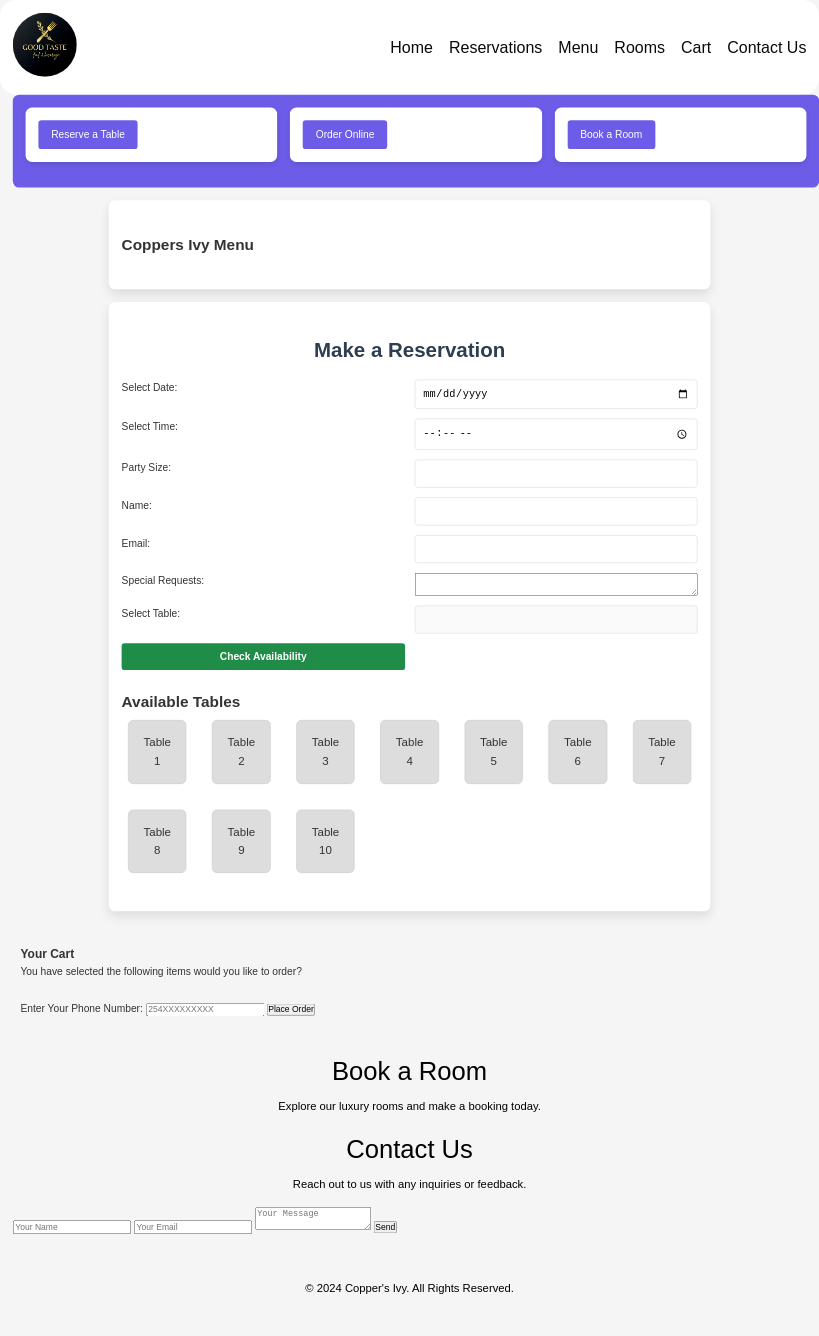
Repository: malingubarnice/Online-Reservation-System
Page: index.html
The author's editor kept a copy of each file at every save. The page is drawn from the files as they stood at one save, then again after the next save.
The browser window is 1280 px wide. The pictures show the whole page, at 64% of full size.

Above is the page before, as saved 2025-02-07 18:32:00.

### index.html
<!DOCTYPE html>
<html lang="en">
<head>
  <meta charset="UTF-8">
  <meta name="viewport" content="width=device-width, initial-scale=1.0">
  <title>Copper's Ivy Integrated Suite</title>
  <link rel="stylesheet" href="styles.css">
</head>



<body>
  <!-- Navigation Bar -->
  <header>
    <div class="logo">
      <img src="assets/logo.jpg" alt="Copper Ivy Logo">
    </div>
    <nav class="navbar">
      <ul>
        <li><a href="#home">Home</a></li>
        <li><a href="#reservations">Reservations</a></li>
        <li><a href="#menu">Menu</a></li>
        <li><a href="#rooms">Rooms</a></li>
        <li><a href="#cart">Cart</a></li>
        <li><a href="#contact">Contact Us</a></li>
      </ul>
    </nav>
  </header>



  <!-- Features Section -->
  <section class="features">
    <div class="feature">
      <a href="#reservations" class="btn">Reserve a Table</a>
    </div>
    <div class="feature">
      <a href="#menu" class="btn">Order Online</a>
    </div>
    <div class="feature">
      <a href="#rooms" class="btn">Book a Room</a>
    </div>
  </section>

  <!-- Menu Section -->
  <section id="menu">
    <h1>Coppers Ivy Menu</h1>
    <div class="menu-items">
      <!-- Menu items dynamically loaded -->
    </div>
  </section>








  <!-- Reservations Section -->
<section id="reservations">
    <h1>Make a Reservation</h1>
    <div class="reservation-form">
        <label for="date">Select Date:</label>
        <input type="date" id="date" required>

        <label for="time">Select Time:</label>
        <input type="time" id="time" required>

        <label for="party-size">Party Size:</label>
        <input type="number" id="party-size" min="1" max="20" required>

        <!-- New fields for contact info and special requests -->
        <label for="customer-name">Name:</label>
        <input type="text" id="customer-name" required>

        <label for="contact-info">Email:</label>
        <input type="text" id="contact-info" required>

        <label for="special-requests">Special Requests:</label>
        <textarea id="special-requests"></textarea>

        <!-- New field to show selected table -->
        <label for="selected-table">Select Table:</label>
        <input type="text" id="selected-table" disabled> <!-- Hidden field to store the selected table -->

        <button class="reserve-btn">Check Availability</button>
    </div>

    <!-- Table Layout Section -->
    <div class="table-layout">
        <h2>Available Tables</h2>
        <div class="tables">
            <!-- Table icons dynamically loaded -->
        </div>
    </div>
</section>




    <!-- Order Section -->
    <section id="order-online">
        <!-- Menu Items -->
        <div class="menu-items">
            <!-- Menu items dynamically loaded from the backend -->
        </div>


  <!-- Cart Section -->
    <section id="cart">
      <h1>Your Cart</h1>
      <p>You have selected the following items would you like to order?</p>
      <div class="cart-items">
        <!-- Cart items dynamically loaded -->
      </div>
  </section>
        <!-- Order Form -->
        <div class="order-form">
            <div class="order-list">
                <!-- Dynamically added ordered items will appear here -->
            </div>

            <!-- Phone number input (used for STK Push) -->
            <label for="phone">Enter Your Phone Number:</label>
            <input type="text" id="phone" placeholder="254XXXXXXXXX">
            <button class="place-order-btn">Place Order</button>
        </div>
    </section>




<!-- Rooms Section -->
<section id="rooms">
  <h1>Book a Room</h1>
  <p>Explore our luxury rooms and make a booking today.</p>

  <div class="room-list">
    <!-- Room cards dynamically loaded -->
  </div>

  <!--A Booking Form-->
<!-- Booking form (initially hidden) -->

<div class="booking-form hidden">
  <form id="room-booking-form">
      <input type="hidden" id="room_id" name="room_id">  <!-- Hidden input for room ID -->
      <label for="room-selection">Room</label>
      <input type="text" id="room-selection" name="room_name" readonly>

      <label for="check-in-date">Check-in Date</label>
      <input type="date" id="check-in-date" name="check_in_date" required>

      <label for="check-out-date">Check-out Date</label>
      <input type="date" id="check-out-date" name="check_out_date" required>

      <label for="guest-count">Number of Guests</label>
      <input type="number" id="guest-count" name="guest_count" min="1" required>

      <label for="contact-info">Contact Information</label>
      <input type="text" id="contact-info" name="contact-info" placeholder="Enter your contact info" required>

      <p id="price"></p>

      <button type="submit">Book Room</button>
  </form>
</div>






  <!-- Contact Section -->
  <section id="contact">
    <h1>Contact Us</h1>
    <p>Reach out to us with any inquiries or feedback.</p>
    <form action="https://formsubmit.co/abe6aa3a3e17f53c98754b49282f4908" method="POST" class="contact-form" >
      <input type="text" name="name" placeholder="Your Name" required>
      <input type="email" name="email" placeholder="Your Email" required>
      <textarea name="message" placeholder="Your Message" required></textarea>
      <button type="submit">Send</button>
  </form>

  </section>

  <!-- Footer -->
  <footer>
    <p>&copy; 2024 Copper's Ivy. All Rights Reserved.</p>
  </footer>


  <script src="https://cdn.botpress.cloud/webchat/v2.2/inject.js"></script>
  <script src="https://files.bpcontent.cloud/2024/12/05/06/20241205062412-612LYK8G.js"></script>

  <!-- External JavaScript -->
  <script src="https://code.jquery.com/jquery-3.6.0.min.js"></script>
  <script>
    $(document).ready(function() {
      $(".place-order-btn").click(function() {
        // Get the phone number from the input field
        var phone = $("#phone").val();

        // Validate the phone number input
        if (!phone || phone.length !== 12 || !phone.startsWith('254')) {
          alert("Please enter a valid phone number starting with '254'.");
          return;
        }

        var amount = 1;  // Amount to be charged (1 shilling for your project)

        // Send AJAX request to PHP for triggering STK Push
        $.ajax({
          url: 'stkpush.php',  // PHP file that processes STK Push
          type: 'POST',
          data: {
            phone: phone,
            amount: amount
          },
          success: function(response) {
            alert("STK Push initiated! Response: " + response);
          },
          error: function() {
            alert("Error initiating STK Push.");
          }
        });
      });
    });
  </script>




  <script src="script.js"></script>
</body>
</html>

### styles.css
/* General Reset */
body, h1, h2, p, ul, li, a, button {
    margin: 0;
    padding: 0;
    box-sizing: border-box;
}

/* Body and Layout */
body {
    font-family: 'Arial', sans-serif;
    line-height: 1.6;
    background-color: #f5f5f5;
    color: #333;
}

/* Header */
header {
    display: flex;
    justify-content: space-between;
    align-items: center;
    padding: 20px;
    background: white;
    color: #fff;
    border-bottom: 2px solid #c4ccd4;
    border-radius: 26px;
    border-style: none;
}

header .logo img {
    height: 100px;
    border-radius: 50px;
}

header nav ul {
    display: flex;
    list-style: none;
}

header nav ul li {
    margin-left: 25px;
}

header nav ul li a {
    color: rgb(10, 10, 10);
    text-decoration: none;
    font-size: 25px;
    font-weight: 500;
    transition: color 0.3s;
}

header nav ul li a:hover {
    color: #eb2630;
}

/* Hero Section */
.hero {
    background-color: #fff;
    text-align: center;
    padding: 100px 20px;
    color: #da0606;
    font-size: 28px;
}

.hero h1 {
    font-size: 36px;
    margin-bottom: 15px;
}

.hero p {
    font-size: 20px;
    margin-bottom: 20px;
}

.hero .btn {
    padding: 12px 30px;
    background-color: #1f8c47;
    color: #fff;
    text-decoration: none;
    font-weight: bold;
    border-radius: 5px;
    transition: background-color 0.3s;
}

.hero .btn:hover {
    background-color: #07e262;
}


/* Container for Features Section */
.features {
    display: flex;
    justify-content: flex-start;
    align-items: flex-start;
    flex-direction: row;  /* This will place the features next to each other */
    gap: 20px;  /* Adds space between each feature box */
    margin-left: 20px;  /* Adjust the space from the left */
    background-color: #6c5ce7;  /* Greenish background */
    padding: 20px;
    border-radius: 10px;
  }

  /* Individual Feature Box */
  .feature {
    background-color: #fff;
    padding: 20px;
    margin-bottom: 20px;
    box-shadow: 0 4px 8px rgba(0, 0, 0, 0.1);
    border-radius: 10px;
    flex: 1;  /* Makes each feature box take equal width */
  }

  /* Feature Header */
  .feature h2 {
    font-size: 22px;
    margin-bottom: 10px;
  }

  /* Feature Description */
  .feature p {
    font-size: 16px;
    color: #555;
  }

  /* Optional: Adjusting feature links */
  .feature a {
    display: inline-block;
    background-color: #6c5ce7;
    color: white;
    padding: 10px 20px;
    border-radius: 5px;
    text-decoration: none;
    transition: background-color 0.3s;
  }

  .feature a:hover {
    background-color: #4834d4;
  }



/* Reservations Section */
#reservations {
    padding: 50px 20px;
    background: #fff;
    margin: 20px auto;
    max-width: 900px;
    box-shadow: 0 8px 16px rgba(0, 0, 0, 0.1);
    border-radius: 10px;
}

#reservations h1 {
    font-size: 32px;
    margin-bottom: 20px;
    text-align: center;
    color: #2c3e50;
}

.reservation-form {
    display: grid;
    grid-template-columns: 1fr 1fr;
    gap: 15px;
    margin-bottom: 30px;
}

.reservation-form label {
    font-size: 16px;
    color: #333;
}

.reservation-form input, .reserve-btn {
    padding: 12px;
    border: 1px solid #ddd;
    border-radius: 5px;
    font-size: 16px;
    transition: border-color 0.3s;
}

.reservation-form input:focus {
    border-color: #27ae60;
}

.reserve-btn {
    background-color: #1f8c47;
    color: #fff;
    font-weight: bold;
    cursor: pointer;
    border: none;
    transition: background-color 0.3s;
}

.reserve-btn:hover {
    background-color: #07e262;
}

/* Table Layout */
.table-layout {
    margin-top: 20px;
}

.tables {
    display: grid;
    grid-template-columns: repeat(auto-fill, minmax(100px, 1fr));
    gap: 20px;
}

.tables .table {
    background-color: #ddd;
    padding: 20px;
    text-align: center;
    font-size: 18px;
    border-radius: 8px;
    cursor: pointer;
    transition: transform 0.3s, background-color 0.3s;
}

.tables .table:hover {
    transform: scale(1.1);
    background-color: #27ae60;
    color: #fff;
}



/* Menu Section */
#menu {
    padding: 50px 20px;
    background: #fff;
    margin: 20px auto;
    max-width: 900px;
    box-shadow: 0 8px 16px rgba(0, 0, 0, 0.1);
    border-radius: 10px;
}

.menu-items {
    display: grid;
    grid-template-columns: repeat(auto-fill, minmax(250px, 1fr));
    gap: 20px;
}

.menu-items .menu-item {
    background: #f4f4f4;
    padding: 20px;
    border-radius: 8px;
    box-shadow: 0 4px 8px rgba(0, 0, 0, 0.1);
    text-align: center;
    transition: transform 0.3s;
}

.menu-items .menu-item:hover {
    transform: scale(1.05);
    box-shadow: 0 8px 16px rgba(0, 0, 0, 0.2);
}

.menu-items img {
    max-width: 100%;
    border-radius: 5px;
}

/* Targeting buttons inside the #menu section */
#menu button {
    width: 100%;
    padding: 12px;
    background: #1f8c47;
    color: white;
    font-size: 16px;
    border: none;
    border-radius: 8px;
    cursor: pointer;
    transition: 0.3s;
}

#menu button:hover {
    background: #27ae60;
}


/* Footer */
footer {
    text-align: center;
    padding: 20px;
    background-color: whitesmoke;
    color: #fff;
    margin-top: 50px;
}

/* Responsive Design */
@media (max-width: 768px) {
    .features {
        flex-direction: column;
        align-items: center;
    }

    .feature {
        width: 100%;
        margin-bottom: 30px;
    }

    .reservation-form {
        grid-template-columns: 1fr;
    }

    .tables {
        grid-template-columns: 1fr 1fr;
    }

    .menu-items {
        grid-template-columns: 1fr 1fr;
    }
}

@media (max-width: 480px) {
    header {
        flex-direction: column;
        align-items: flex-start;
    }

    header nav ul {
        flex-direction: column;
        gap: 10px;
    }

    .hero h1 {
        font-size: 28px;
    }

    .hero p {
        font-size: 18px;
    }
}

/* Style for available tables */
.table {
    padding: 10px;
    margin: 10px;
    border: 1px solid #ccc;
    cursor: pointer;
    display: inline-block;
}

/* Highlight the selected table */
.table.selected {
    background-color: #4CAF50; /* Green background */
    color: white;
    border: 2px solid #fff;
}

/*stying order online section*/
#order-online {
    padding: 2rem;
}

.menu-item {
    border: 1px solid #ddd;
    margin: 1rem;
    padding: 1rem;
    text-align: center;
}
.order-form {
    margin-top: 2rem;
}
.order-total {
    font-weight: bold;
    margin-top: 1rem;
}


/*styling rooms*/
/* General styling for the Rooms Section */
#rooms {
    font-family: Arial, sans-serif;
    padding: 20px;
    background-color: #f5f5f5;
}

#rooms h1 {
    text-align: center;
    color: #333;
    font-size: 2.5rem;
    margin-bottom: 10px;
}

#rooms p {
    text-align: center;
    font-size: 1.1rem;
    color: #666;
    margin-bottom: 20px;
}

/* Room Listings */
.room-listings {
    display: grid;
    grid-template-columns: repeat(auto-fill, minmax(250px, 1fr));
    gap: 20px;
    margin-bottom: 30px;
}

.room-card {
    background-color: white;
    border-radius: 8px;
    box-shadow: 0 4px 6px rgba(0, 0, 0, 0.1);
    padding: 15px;
    text-align: center;
    transition: transform 0.3s ease-in-out;
}

.room-card:hover {
    transform: translateY(-5px);
}

.room-card img {
    width: 100%;
    height: 180px;
    object-fit: cover;
    border-radius: 8px;
}

.room-card h3 {
    font-size: 1.5rem;
    color: #333;
    margin: 15px 0;
}

.room-card p {
    font-size: 1.1rem;
    color: #777;
}

.room-card .price {
    font-size: 1.2rem;
    font-weight: bold;
    color: #1f8c47;
    margin-top: 10px;
}

.room-card button {
    background-color: #1f8c47;
    color: white;
    padding: 10px 15px;
    font-size: 1rem;
    border: none;
    border-radius: 5px;
    cursor: pointer;
    transition: background-color 0.3s;
}

.room-card button:hover {
    background-color: #07e262;
}


/* New class for hiding the form */
.booking-form.hidden {
    display: none;
}

/* Booking Form Styling */
.booking-form {
    background-color: white;
    padding: 20px;
    border-radius: 8px;
    box-shadow: 0 4px 6px rgba(0, 0, 0, 0.1);
    width: 100%;
    max-width: 600px;
    margin: 0 auto;
}

.booking-form h2 {
    text-align: center;
    color: #333;
    font-size: 2rem;
    margin-bottom: 15px;
}

.booking-form form {
    display: flex;
    flex-direction: column;
    gap: 15px;
}

.booking-form label {
    font-size: 1.1rem;
    color: #333;
}

.booking-form select,
.booking-form input {
    padding: 10px;
    font-size: 1rem;
    border: 1px solid #ccc;
    border-radius: 5px;
    width: 100%;
}

.booking-form button {
    background-color: #1f8c47;
    color: white;
    padding: 12px 20px;
    font-size: 1.1rem;
    border: none;
    border-radius: 5px;
    cursor: pointer;
    transition: background-color 0.3s;
}

.booking-form button:hover {
    background-color: #07e262;
}

/* Confirmation Message */
#confirmation-message {
    font-size: 1.2rem;
    color: #333;
    margin-top: 20px;
    text-align: center;
    display: none; /* Hidden initially */
}

#confirmation-message.success {
    color: #4caf50;
}

#confirmation-message.error {
    color: #f44336;
}



/* Container for styling the rooms */
.room-list {
    display: flex;
    flex-wrap: wrap; /* Allows room cards to wrap to the next line when necessary */
    justify-content: center; /* Centers the room cards horizontally */
    gap: 20px; /* Adds space between cards */
    max-width: 80%; /* Makes the container occupy 80% of the page */
    margin: 0 auto; /* Centers the container horizontally */
}

/* Individual room card */
.room-card {
    width: 30%; /* Makes each card take up about 30% of the container's width */
    max-width: 300px; /* Optional: Set a max width for the cards */
    margin: 10px;
    padding: 15px;
    text-align: center;
    box-shadow: 0 4px 8px rgba(0, 0, 0, 0.1);
    background-color: #fff;
    border-radius: 10px;
    box-sizing: border-box;
}

/* Image inside room card */
.room-card img {
    width: 100%; /* Ensures the image stretches across the container */
    height: auto; /* Keeps aspect ratio intact */
    object-fit: contain; /* Ensures the full image is visible */
}

@media (max-width: 768px) {
    .room-card {
        width: 100%; /* Makes room cards stack on smaller screens */
    }
}

/* Target the specific booking room section and make the font weight lighter */
#rooms {
    color: black; /* Keeps the text color black */
    font-weight: lighter; /* Makes the font weight lighter */
}

/* Target the room cards within the booking room section */
#rooms .room-card {
    color: black; /* Ensures room card text is black */
    font-weight: lighter; /* Makes the room card text lighter */
}

/* You can also target specific elements like titles and descriptions, if necessary */
#rooms h1, #rooms p, #rooms .room-name, #rooms .room-description {
    color: black; /* Sets the text to black */
    font-weight: lighter; /* Reduces the font weight */
}

Loaded but not shown: script.js (303 lines, source omitted)

After the next save:
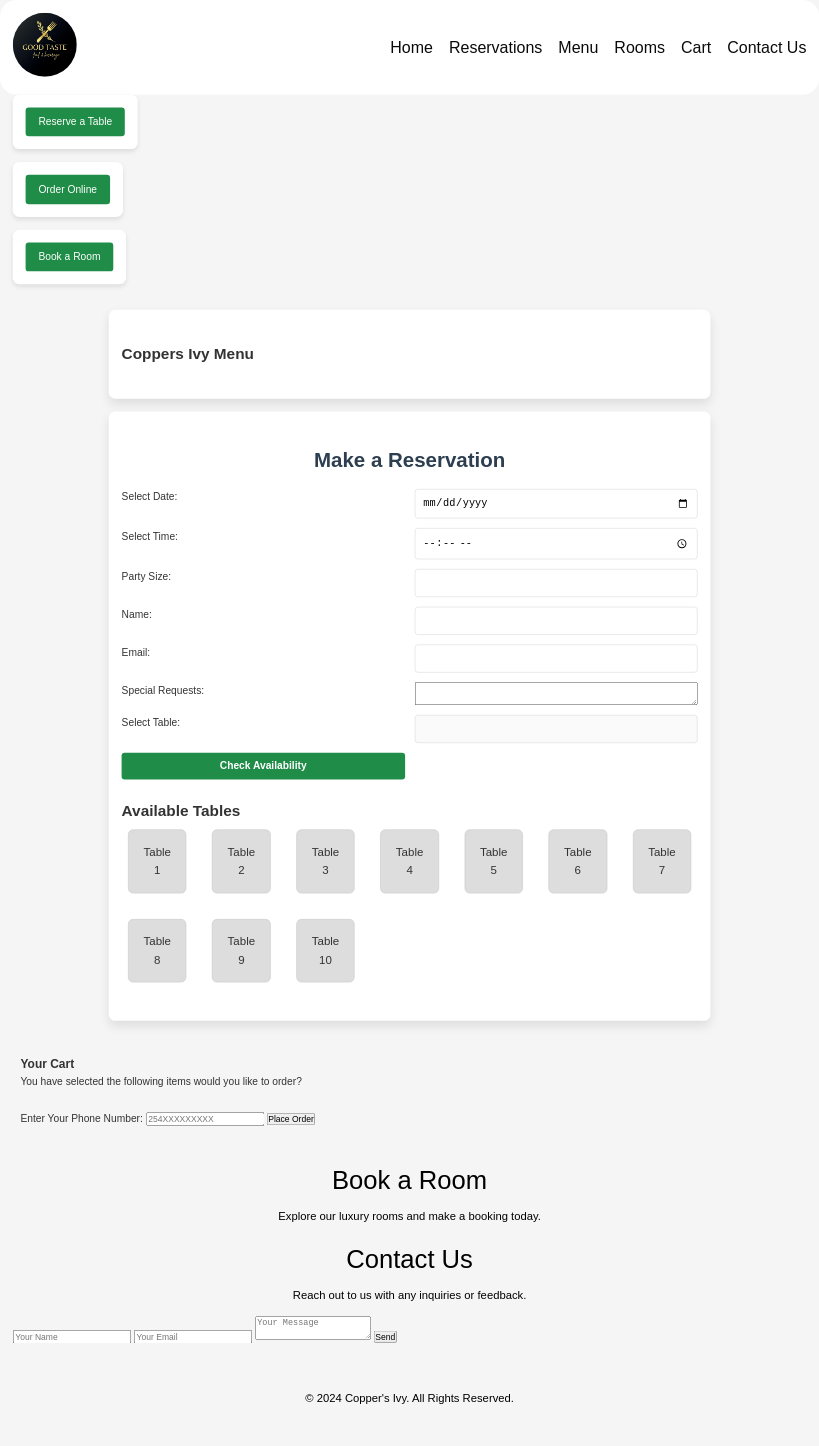
Saved 39 s later.
--- a/styles.css
+++ b/styles.css
@@ -91,12 +91,8 @@
     display: flex;
     justify-content: flex-start;
     align-items: flex-start;
-    flex-direction: row;  /* This will place the features next to each other */
-    gap: 20px;  /* Adds space between each feature box */
+    flex-direction: column;
     margin-left: 20px;  /* Adjust the space from the left */
-    background-color: #6c5ce7;  /* Greenish background */
-    padding: 20px;
-    border-radius: 10px;
   }
 
   /* Individual Feature Box */
@@ -106,16 +102,13 @@
     margin-bottom: 20px;
     box-shadow: 0 4px 8px rgba(0, 0, 0, 0.1);
     border-radius: 10px;
-    flex: 1;  /* Makes each feature box take equal width */
   }
 
-  /* Feature Header */
   .feature h2 {
     font-size: 22px;
     margin-bottom: 10px;
   }
 
-  /* Feature Description */
   .feature p {
     font-size: 16px;
     color: #555;
@@ -124,8 +117,8 @@
   /* Optional: Adjusting feature links */
   .feature a {
     display: inline-block;
-    background-color: #6c5ce7;
-    color: white;
+    background-color: #1f8c47;
+    color: #fff;
     padding: 10px 20px;
     border-radius: 5px;
     text-decoration: none;
@@ -133,7 +126,7 @@
   }
 
   .feature a:hover {
-    background-color: #4834d4;
+    background-color: #07e262;
   }
 
 
